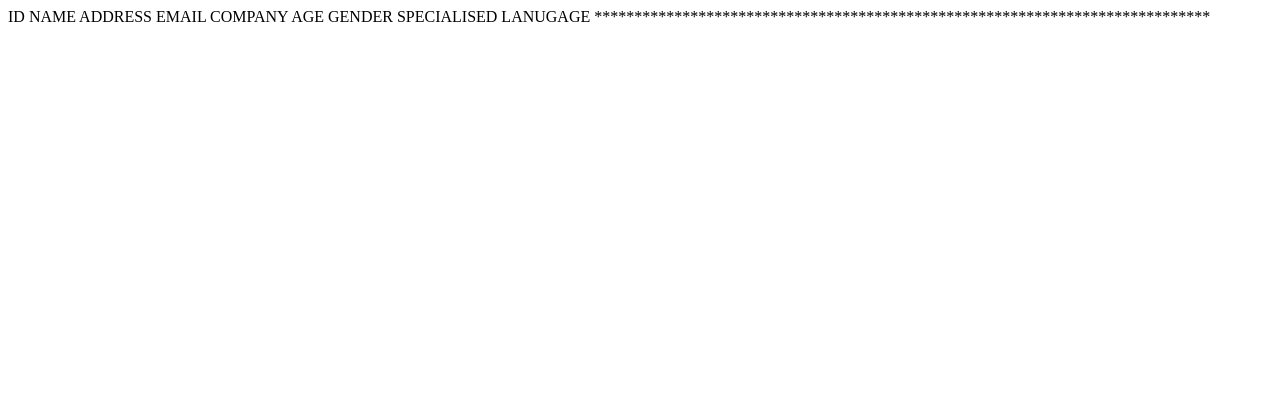
Repository: sunil965/JDBC-Servlet-JSP
Page: http://localhost/JspRegistrationTask/employeeDetails
An editor plug-in stored every save of this project. The page is shown before and after the next save, followed by the edit.
The browser window is 1280 px wide. The pictures show the whole page.
The page is served by Tomcat 9. The session is filled in as if someone had signed in: {"userid": 1}. Other server files are loaded and not shown. Queries for data that is not in the repository find no rows.

Above is the page before, as saved 2017-05-03 10:30:56.

### JspRegistrationTask/src/com/bridgeit/jsptask/EmployeeDetails.java
package com.bridgeit.jsptask;

import java.io.IOException;
import java.io.PrintWriter;
import java.sql.Connection;
import java.sql.PreparedStatement;
import java.sql.ResultSet;
import java.sql.SQLException;

import javax.servlet.ServletException;
import javax.servlet.http.HttpServlet;
import javax.servlet.http.HttpServletRequest;
import javax.servlet.http.HttpServletResponse;
import javax.servlet.http.HttpSession;

/*@WebServlet("/employeeDetails")*/
public class EmployeeDetails extends HttpServlet {
	private static final long serialVersionUID = 1L;

	protected void doGet(HttpServletRequest request, HttpServletResponse response) throws ServletException, IOException {
		response.setContentType("text/html");
		PrintWriter out = response.getWriter();


		HttpSession session = request.getSession();
		int uid = (int) session.getAttribute("userid");
		Connection conn = DataBase.connect();
		PreparedStatement statement = null;

		try {
			statement=conn.prepareStatement("Select * from EmployeeTable where uid =?");
			statement.setInt(1, uid);
			ResultSet resultSet = statement.executeQuery();
			out.println("ID \tNAME \tADDRESS \tEMAIL \tCOMPANY \tAGE \tGENDER \tSPECIALISED \tLANUGAGE");
			out.println("*****************************************************************************");
			while(resultSet.next()){
				out.println("<html><body><div align='center'>");
				out.println(resultSet.getInt(1)+"\t"+ resultSet.getString(2) +"\t"+ resultSet.getString(3) +"\t"
							+ resultSet.getString(4)+"\t"+ resultSet.getString	(5)+"\t"+ resultSet.getInt(6)+"\t"
							+ resultSet.getString(7)+ "\t"+resultSet.getString(8)+"\t"+resultSet.getString(9));
				out.println("</div></body></html>");
			}
		} catch (SQLException e) {
			e.printStackTrace();
		}

	}

	protected void doPost(HttpServletRequest request, HttpServletResponse response) throws ServletException, IOException {
		// TODO Auto-generated method stub
		doGet(request, response);
	}

}

### JspRegistrationTask/src/com/bridgeit/jsptask/DataBase.java
package com.bridgeit.jsptask;

import java.sql.Connection;
import java.sql.DriverManager;
import java.sql.SQLException;

public class DataBase {
	public static Connection connect(){
		try {
			Class.forName("com.mysql.jdbc.Driver");
		} catch (ClassNotFoundException e) {
			e.printStackTrace();
		}
		Connection conn = null;
		try {
			conn = DriverManager.getConnection("jdbc:mysql://localhost:3306/Todo", "root", "password");
		} catch (SQLException e) {
			e.printStackTrace();
		}
		return conn;
	}

}

After the next save:
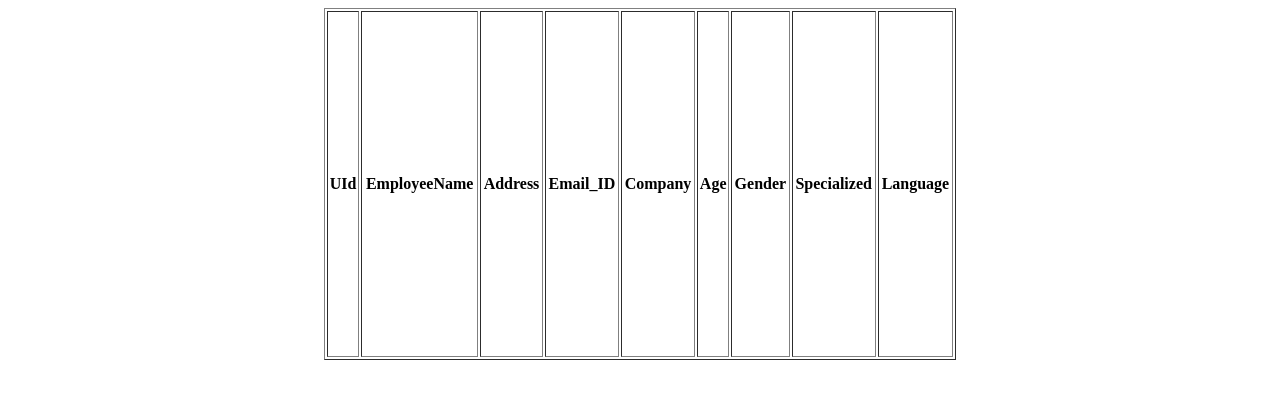
Saved 11 min 47 s later.
--- a/JspRegistrationTask/src/com/bridgeit/jsptask/EmployeeDetails.java
+++ b/JspRegistrationTask/src/com/bridgeit/jsptask/EmployeeDetails.java
@@ -31,10 +31,11 @@ public class EmployeeDetails extends HttpServlet {
 			statement=conn.prepareStatement("Select * from EmployeeTable where uid =?");
 			statement.setInt(1, uid);
 			ResultSet resultSet = statement.executeQuery();
-			out.println("ID \tNAME \tADDRESS \tEMAIL \tCOMPANY \tAGE \tGENDER \tSPECIALISED \tLANUGAGE");
-			out.println("*****************************************************************************");
+			out.println("<html><body><div align='center'>");
+			 out.println("<table border=1 width=50% height=50%>");
+			 out.println("<tr><th>UId</th><th>EmployeeName</th><th>Address</th><th>Email_ID</th><th>Company</th><th>Age</th><th>Gender</th><th>Specialized</th><th>Language</th></tr>");
+
 			while(resultSet.next()){
-				out.println("<html><body><div align='center'>");
 				out.println(resultSet.getInt(1)+"\t"+ resultSet.getString(2) +"\t"+ resultSet.getString(3) +"\t"
 							+ resultSet.getString(4)+"\t"+ resultSet.getString	(5)+"\t"+ resultSet.getInt(6)+"\t"
 							+ resultSet.getString(7)+ "\t"+resultSet.getString(8)+"\t"+resultSet.getString(9));
